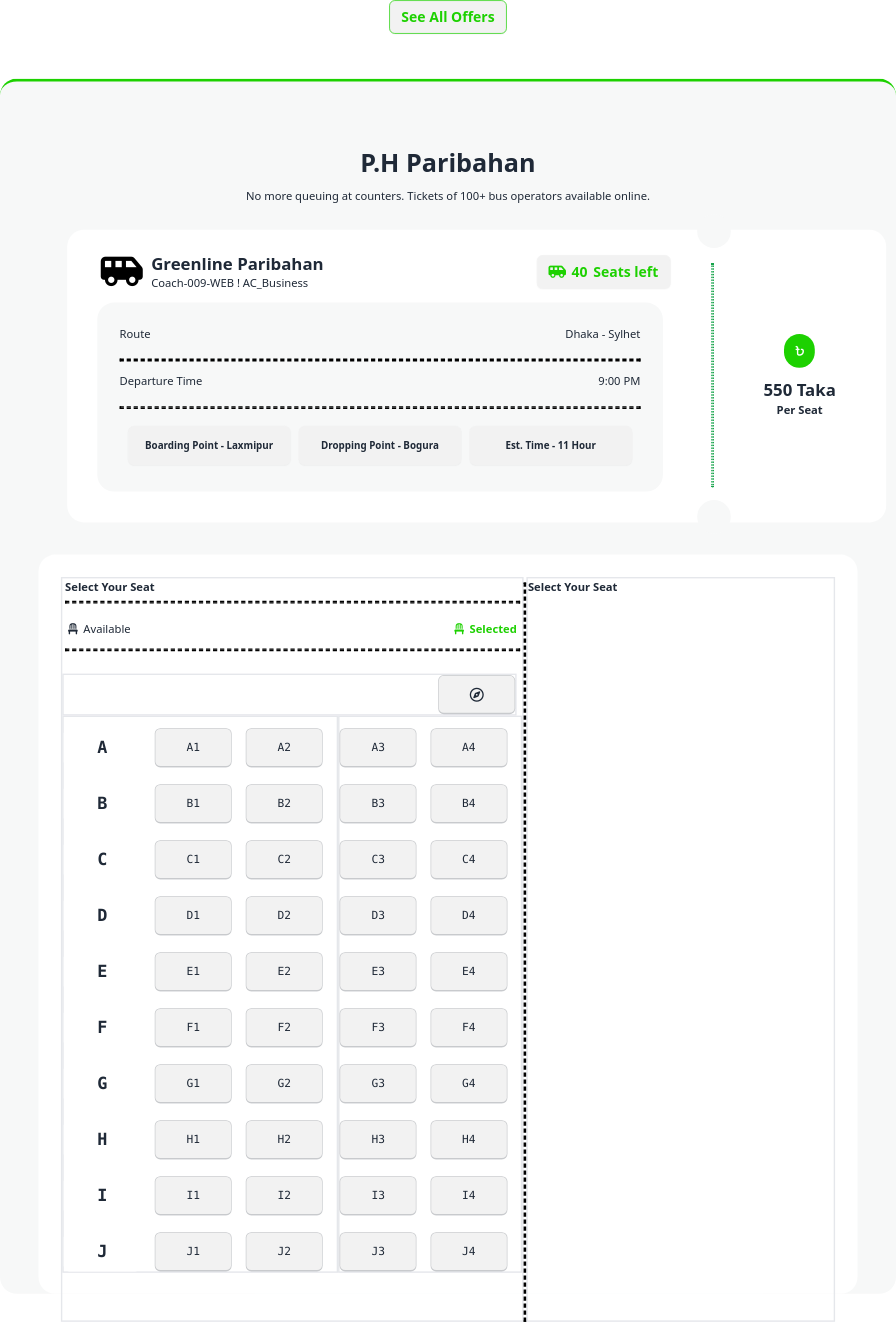
Repository: RudrasahaDibos/Smart-ticketing
Page: index.html
An editor plug-in stored every save of this project. The page is shown before and after a run of saves, followed by the edit.
The browser window is 1280 px wide. The pictures show the part of the page from y = 1206 to 3126 px (the page is 3126 px tall), at 70% of full size.
Some web fonts or font styles are not loaded; a fallback is used. Some web libraries are served in a nearby version.

Above is the page before, as saved 2024-11-10 13:38:53.

After the next 2 saves:
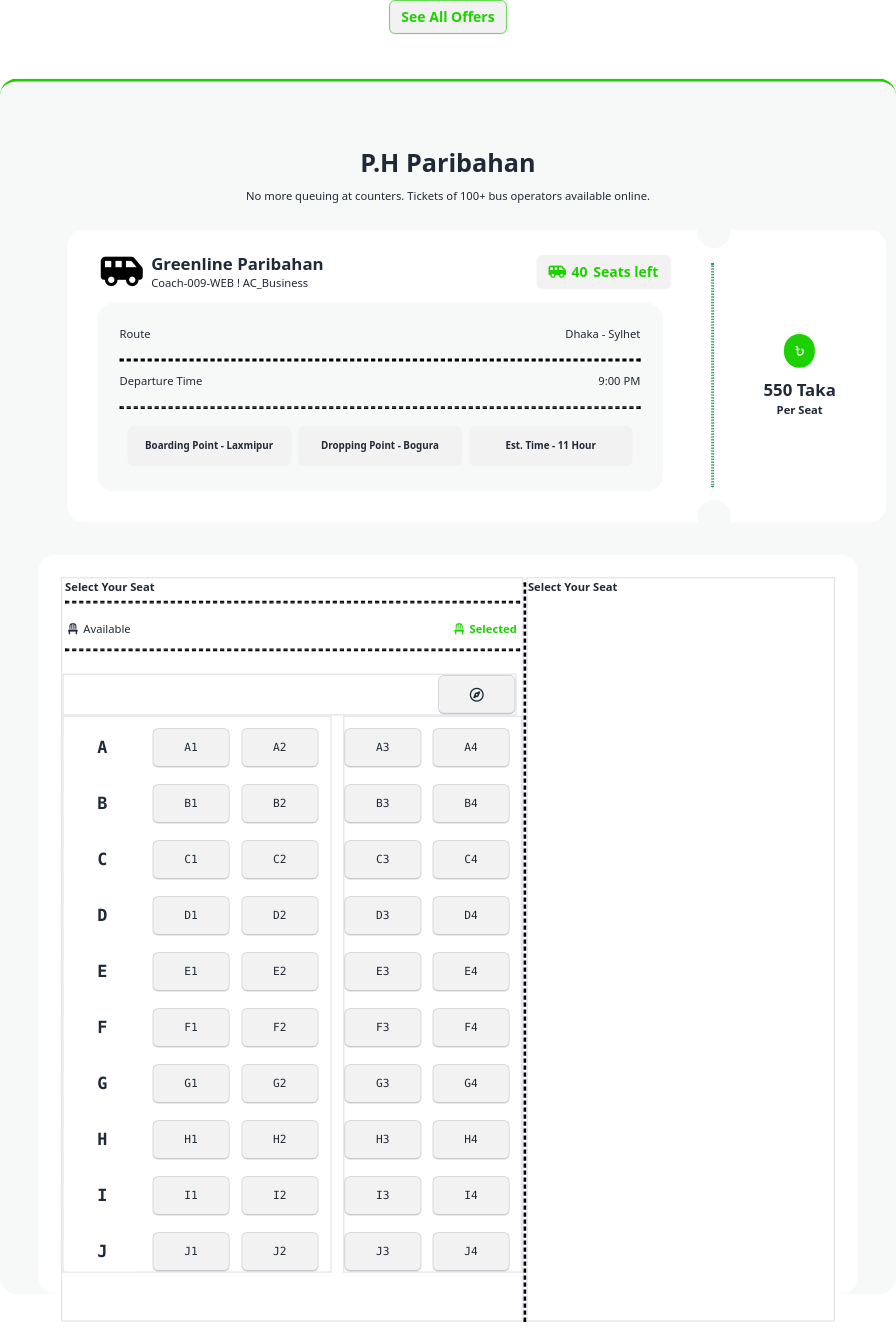
The 2 saves are shown as one change because they came seconds apart.
The last was saved 21 s later.
--- a/index.html
+++ b/index.html
@@ -380,7 +380,7 @@
                          <!-- seat is with door end -->
 
                           <!-- seat is driver start -->
-                            <div class="grid grid-cols-2  border-2 w-2/5">
+                            <div class="grid grid-cols-2  border-2 w-2/5 ml-4">
                                     <div class="mx-auto mt-4 space-y-6">
                                       <kbd class="kbd w-[110px] h-[56px] ">A3</kbd>
                                       <kbd class="kbd w-[110px] h-[56px] ">B3</kbd>
